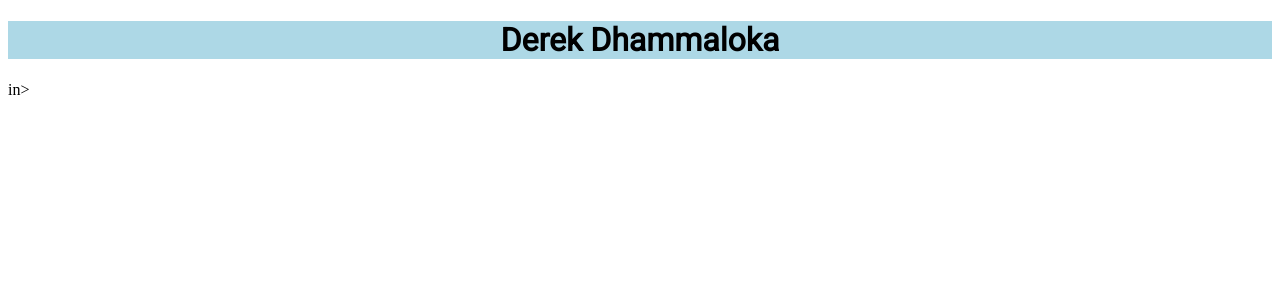
Repository: derektypist/tribute-page
Page: index.html
The author's editor kept a record of every edit. The page is drawn from the files as they stood at one moment, then again after the next edit.
The browser window is 1280 px wide. The pictures show the whole page.

Above is the page before.

After the next edit:
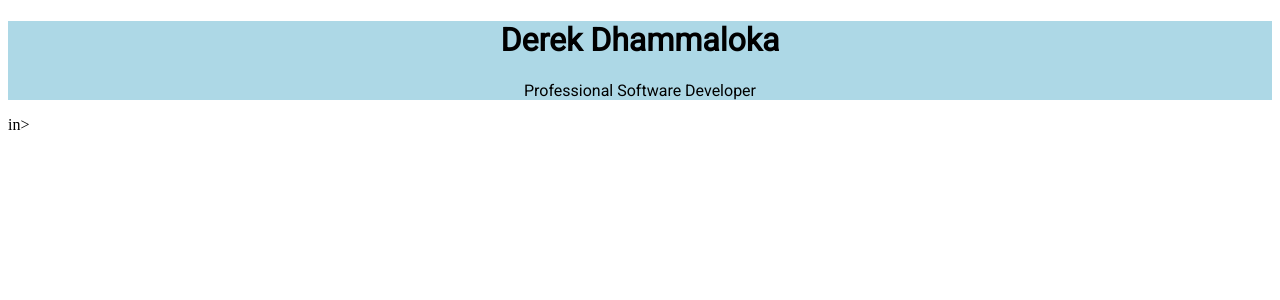
The edit:
--- a/index.html
+++ b/index.html
@@ -33,7 +33,8 @@
 <body>
     <!-- Set Header Element -->
     <header>
-        <h1 id="title">Derek Dhammaloka</h1>
+        <h1 id="title"><strong>Derek Dhammaloka</strong></h1>
+        <p id="tribute-info">Professional Software Developer</p>
     </header>in>
 
     </main>
